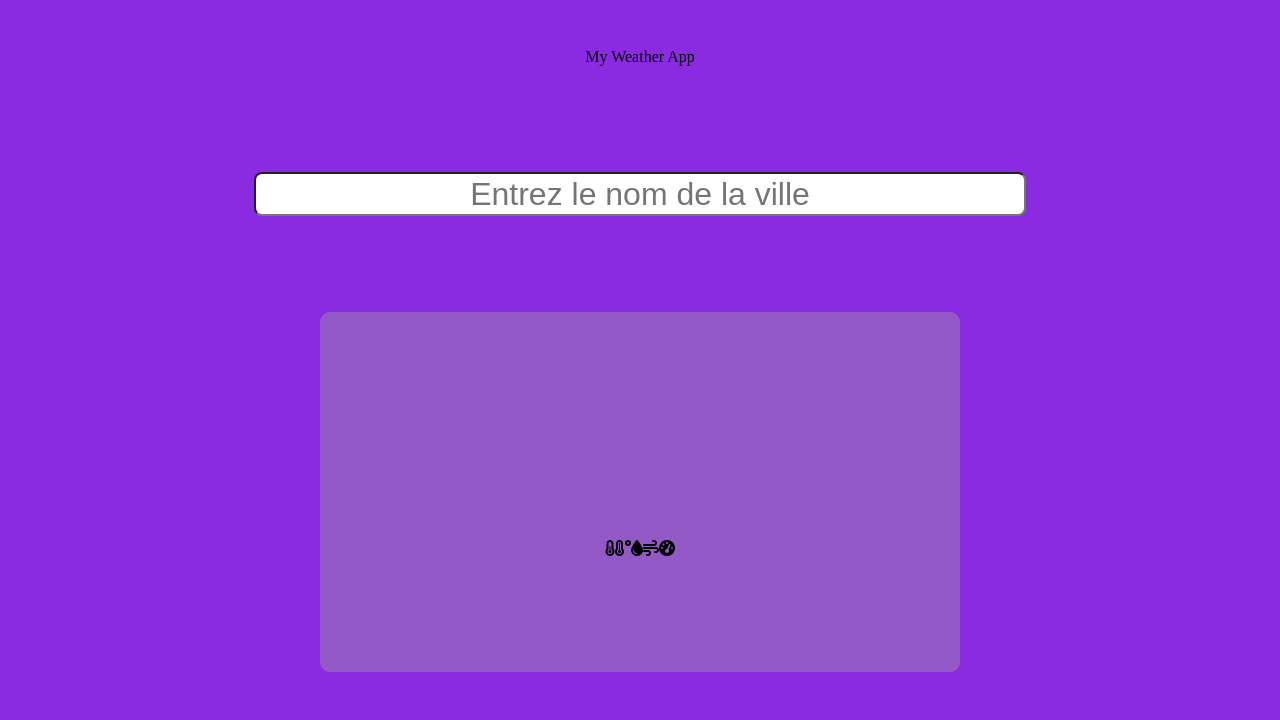
Repository: JeffnyAugustin/MyWeatherApp
Page: index.html
These files come from the project's save history. The page is drawn as it stood at one moment and after a run of saves; the edit follows.
The browser window is 1280 px wide. The pictures show the whole page.

Above is the page before, as saved 2023-11-14 17:59:04.

After the next 6 saves:
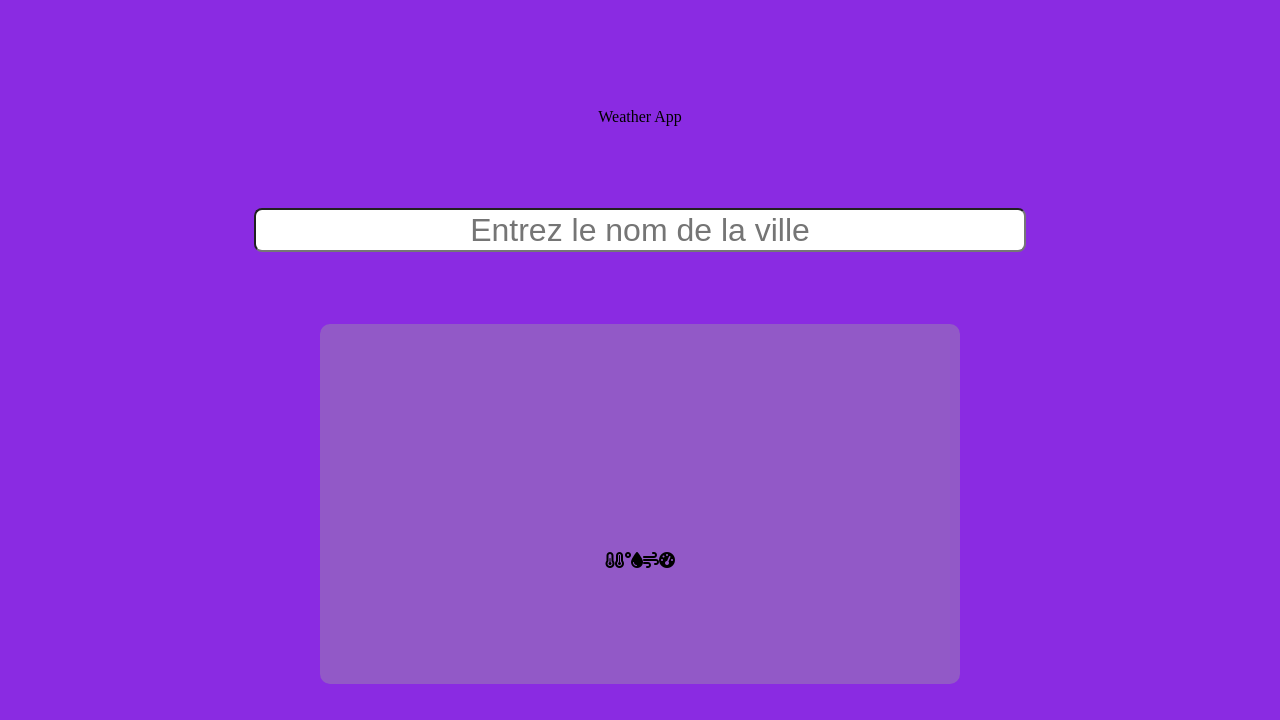
The 6 saves are shown as one change because they came seconds apart.
The last was saved 2 min 52 s later.
--- a/index.html
+++ b/index.html
@@ -15,7 +15,9 @@
 
 <body>
 
-    <div id="container">My Weather App</div>
+    <div id="container">
+        <h1></h1> Weather App
+    </div>
 
     <script src="/js/script.js"></script>
 </body>
